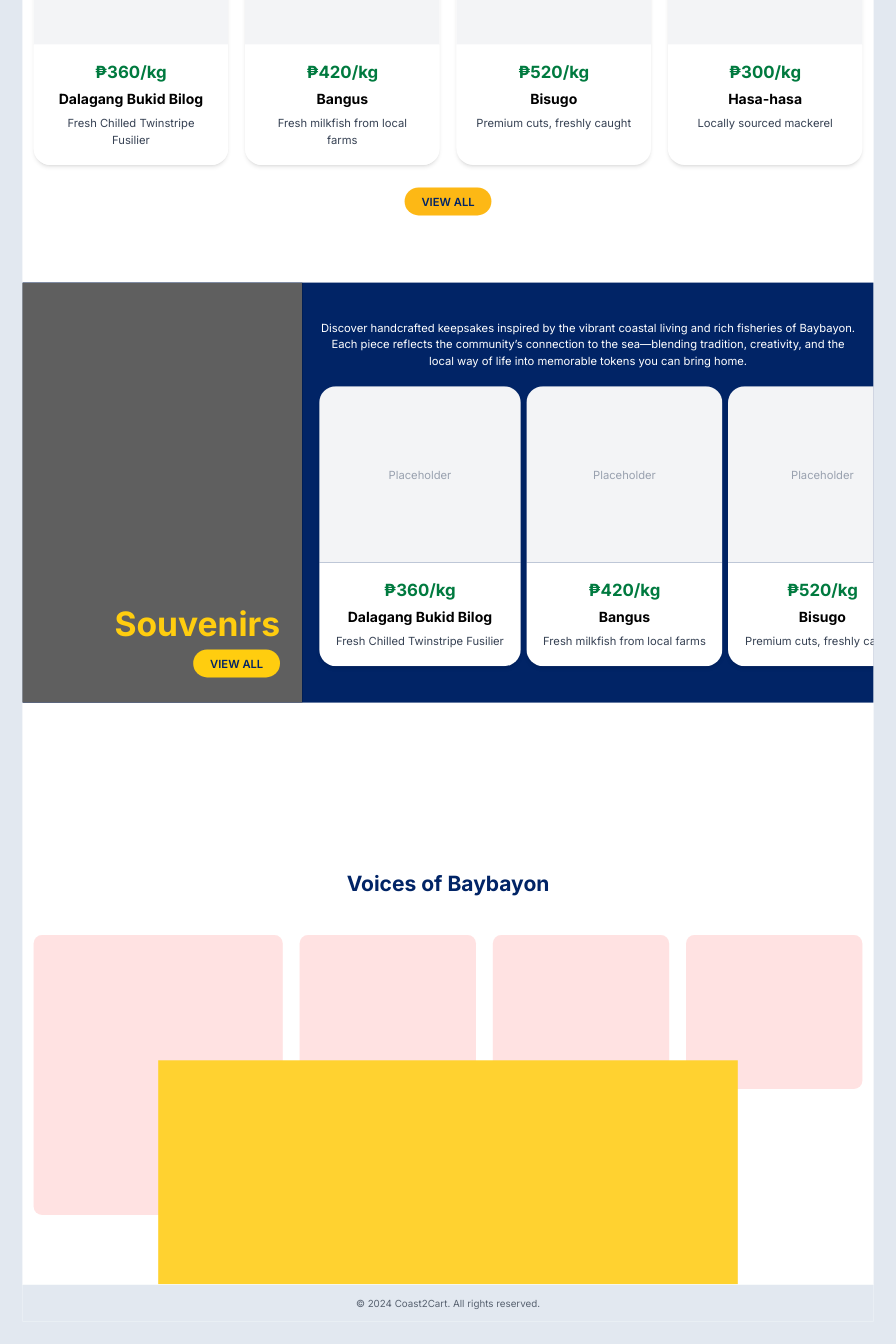
Repository: Coast2Card/coast2cart-frontend
Page: /
The author's editor kept a copy of each file at every save. The page is drawn from the files as they stood at one save, then again after the next save.
The browser window is 1280 px wide. The pictures show the part of the page from y = 2464 to 4384 px (the page is 4384 px tall before and 4368 px after), at 70% of full size.
Pictures or frames that could not be fetched are drawn as grey boxes. The project was rebuilt for these pictures with package versions that can differ from the ones it lists, and the page was loaded fresh each time. Also part of the build but not shown: vite.config.js, src/pages/Seafood.jsx, src/pages/Souvenirs.jsx, src/pages/About.jsx, src/pages/Cart.jsx, src/pages/Profile.jsx, src/pages/Colors.jsx.

Above is the page before, as saved 2025-09-13 23:08:07.

### index.html
<!DOCTYPE html>
<html lang="en" data-theme="coast2cart">
  <head>
    <meta charset="UTF-8" />
    <!-- <link rel="icon" type="image/svg+xml" href="/vite.svg" /> -->
    <meta name="viewport" content="width=device-width, initial-scale=1.0" />
    <title>Coast2Cart</title>
  </head>
  <body>
    <div id="root"></div>
    <script type="module" src="/src/main.jsx"></script>
  </body>
</html>

### src/index.css
@import url("https://fonts.googleapis.com/css2?family=Inter:wght@300;400;500;600;700&family=Playfair+Display:wght@400;500;600;700&family=Outfit:wght@400;500;600;700&display=swap");
@import "tailwindcss";
@plugin "daisyui";
@plugin "daisyui/theme" {
  name: "coast2cart";
  default: true;
  prefersdark: false;
  color-scheme: "light";

  --color-base-100: #e2e8f0;
  --color-base-200: #ffffff;
  --color-base-300: #ffffff;
  --color-base-content: #1e293b;
  --color-primary: #012466;
  --color-primary-content: #ffffff;
  --color-secondary: #fdb815;
  --color-secondary-content: #ffffff;
  --color-accent: #f04c05;
  --color-accent-content: #ffffff;
  --color-neutral: #d9d9d9;
  --color-neutral-content: #1e293b;
  --color-info: #0ea5e9;
  --color-info-content: #ffffff;
  --color-success: #007a3f;
  --color-success-content: #ffffff;
  --color-warning: #f59e0b;
  --color-warning-content: #ffffff;
  --color-error: #ef4444;
  --color-error-content: #ffffff;

  --radius-selector: 1rem;
  --radius-field: 0.5rem;
  --radius-box: 1rem;
  --size-selector: 0.25rem;
  --size-field: 0.25rem;
  --border: 1px;
  --depth: 0;
  --noise: 0;

  /* 👇 New lighter secondary */
  --color-secondary-light: #ffcd0f;
  --color-secondary-light-content: #1e293b;
}

/* Custom Font Classes */
.font-primary {
  font-family: "Inter", sans-serif;
}

.font-display {
  font-family: "Inter", serif;
}

.font-outfit {
  font-family: "Outfit", sans-serif;
}

.font-inter {
  font-family: "Inter", sans-serif;
}

/* Global Styles */
body {
  font-family: "Inter", sans-serif;
}

h1,
h2,
h3,
h4,
h5,
h6 {
  font-family: "Inter", serif;
}

/* in src/index.css */
@utility max-w-8xl {
  max-width: 100rem;
}

@layer utilities {
  .bg-secondary-light {
    background-color: var(--color-secondary-light);
  }
  .text-secondary-light {
    color: var(--color-secondary-light);
  }
  .border-secondary-light {
    border-color: var(--color-secondary-light);
  }
}

### src/App.jsx
import { Routes, Route } from "react-router-dom";
import Layout from "./components/Layout";
import Home from "./pages/Home";
import Seafood from "./pages/Seafood";
import Souvenirs from "./pages/Souvenirs";
import About from "./pages/About";
import Cart from "./pages/Cart";
import Profile from "./pages/Profile";
import Colors from "./pages/Colors";
import "./App.css";

function App() {
  return (
    <Routes>
      {/* Routes with shared layout */}
      <Route path="/" element={<Layout />}>
        <Route index element={<Home />} />
        <Route path="seafood" element={<Seafood />} />
        <Route path="souvenirs" element={<Souvenirs />} />
        <Route path="about" element={<About />} />
        <Route path="cart" element={<Cart />} />
        <Route path="profile" element={<Profile />} />
        <Route path="colors" element={<Colors />} />
      </Route>
    </Routes>
  );
}

export default App;

### src/components/Layout.jsx
import { Outlet } from "react-router-dom";
import Navbar from "./Navbar";

const Layout = () => {
  return (
    <div className="min-h-screen bg-base-200">
      {/* Navigation Header */}
      <Navbar />

      {/* Main Content */}
      <main className=" mx-auto  ">
        <Outlet />
      </main>

      {/* Footer */}
      <footer className="bg-base-100 border-t border-base-300 mt-auto">
        <div className="max-w-7xl mx-auto py-4 px-4 sm:px-6 lg:px-8">
          <p className="text-center text-base-content/70 text-sm">
            © 2024 Coast2Cart. All rights reserved.
          </p>
        </div>
      </footer>
    </div>
  );
};

export default Layout;

### src/pages/Home.jsx
import homeBanner from "../assets/images/home_banner.jpg";
import baybayonLogo from "../assets/logos/c2c_white_transparent.png";
import fish1 from "../assets/images/home_fish1.png";
import fish2 from "../assets/images/home_fish2.png";
import fish3 from "../assets/images/home_fish3.png";
import fish4 from "../assets/images/home_fish4.png";
import fish5 from "../assets/images/home_fish5.png";
import HomeFeatures from "../components/home/HomeFeatures";
import HomeFreshCatch from "../components/home/HomeFreshCatch";
import HomeGallery from "../components/home/HomeGallery";
import HomeSouvenirs from "../components/home/HomeSouvenirs";
import CustomButton from "../components/CustomButton";
const Home = () => {
  return (
    <main className="relative overflow-x-hidden">
      {/* Home Banner */}
      <section className="w-full h-135 sm:h-[70vh] md:h-185 relative">
        <img
          src={homeBanner}
          alt="Home Banner"
          className="w-full h-full object-cover relative z-4"
          onError={(e) => {
            console.log("Image failed to load:", homeBanner);
            e.target.style.display = "none";
          }}
          onLoad={() => console.log("Image loaded successfully:", homeBanner)}
        />

        <div className="absolute inset-0 bg-black opacity-60 z-10"></div>

        <div className="absolute inset-0 z-20 flex items-start py-20 justify-center">
          <div className="text-center text-white">
            <h1 className="text-xl sm:text-2xl  font-extrabold font-display mb-[-15px] sm:mb-[-30px] md:mb-[-35px] lg:mb-[-30px]">
              Sea the best of Baybayon, from
            </h1>
            <img
              className="w-6/8 max-w-120 sm:w-6/8 md:4/8 lg:3/8 md:max-w-170 h-auto mx-auto "
              src={baybayonLogo}
            />
            <CustomButton text="Shop Now" className="mt-0 sm:mt-[-10px]" />
          </div>
        </div>
      </section>
      <section className=" relative overflow-hidden w-[140vw] flex items-center justify-center gap-4 sm:gap-6 mb-15 sm:mb-25   z-30 -mt-51 md:-mt-75 lg:-mt-75 left-1/2 -translate-x-1/2">
        <img
          src={fish1}
          alt="Fish 1"
          className="min-w-20 h-40 md:w-65 md:h-75  object-cover rounded-2xl"
        />
        <img
          src={fish2}
          alt="Fish 2"
          className="min-w-35 h-55  md:w-80 md:h-85 object-cover rounded-2xl"
        />
        <img
          src={fish3}
          alt="Fish 3"
          className="min-w-46 h-70 md:w-95 md:h-100 object-cover rounded-2xl"
        />
        <img
          src={fish4}
          alt="Fish 4"
          className="min-w-35 h-55 md:w-80 md:h-85 object-cover rounded-2xl"
        />
        <img
          src={fish5}
          alt="Fish 5"
          className="min-w-20 h-40 md:w-65 md:h-75 object-cover rounded-2xl"
        />
      </section>
      <section className="max-w-8xl mx-auto p-4 flex flex-col">
        <HomeFeatures className="mb-25" />
        <HomeGallery />
        <HomeFreshCatch />
      </section>
      <section className="flex flex-col lg:flex-row bg-primary max-w-8xl mx-auto w-full mb-60">
        <HomeSouvenirs />
      </section>
      <section className="flex flex-col gap-4 mx-4">
        <p className="text-primary text-center text-3xl font-bold mb-10">
          Voices of Baybayon
        </p>
        <div className="flex flex-col gap-4">
          <div className="grid grid-cols-35 gap-6 h-100">
            <div className="col-span-11 bg-red-100 rounded-xl h-[100%]"></div>
            <div className="col-span-8 bg-red-100 rounded-xl h-[55%]"></div>
            <div className="col-span-8 bg-red-100 rounded-xl h-[55%]"></div>
            <div className="col-span-8 bg-red-100 rounded-xl h-[55%]"></div>
          </div>
          <div className="bg-amber-300 mx-auto w-[70%] h-80 mt-[-20%]"></div>
        </div>
      </section>
    </main>
  );
};

export default Home;

### src/components/Navbar.jsx
import { Link, useLocation } from "react-router-dom";
import { useState } from "react";
import { navLinks } from "../data/navigation";
import c2cLogo from "../assets/logos/c2c_transparent.png";
import searchIcon from "../assets/icons/search.png";
import cartIcon from "../assets/icons/cart.png";
import profileIcon from "../assets/icons/profile.png";
import commentIcon from "../assets/icons/comment.png";
const Navbar = () => {
  const location = useLocation();
  const [isMobileMenuOpen, setIsMobileMenuOpen] = useState(false);

  const isActive = (path) => {
    return location.pathname === path;
  };

  const toggleMobileMenu = () => {
    setIsMobileMenuOpen(!isMobileMenuOpen);
  };

  const closeMobileMenu = () => {
    setIsMobileMenuOpen(false);
  };

  return (
    <nav className="bg-base-300 shadow-lg py-2 sticky top-0 z-50">
      <div className="mx-auto px-6 sm:px-6 lg:px-8">
        <div className="flex justify-between h-16">
          <div className="flex items-center">
            <Link to="/" className="flex-shrink-0">
              <img src={c2cLogo} alt="Coast2Cart" className="h-17" />
            </Link>
          </div>

          {/* Desktop Navigation */}
          <div className="hidden md:flex items-center space-x-8">
            {navLinks.map((link) => (
              <Link
                key={link.path}
                to={link.path}
                className={`px-3 py-2 rounded-md text-md font-bold transition-colors ${
                  isActive(link.path)
                    ? " text-accent after:content-[''] after:block after:w-full after:h-0.5 after:bg-accent after:rounded-full"
                    : "text-black hover:text-primary hover:bg-base-200"
                }`}
              >
                {link.label}
              </Link>
            ))}
          </div>

          {/* Desktop Icons - Hidden on mobile */}
          <div className="hidden md:flex items-center gap-4 lg:gap-6">
            <img
              src={searchIcon}
              alt="Search"
              className="h-5 w-5 lg:h-5.5 lg:w-5.5 hover:cursor-pointer hover:opacity-60 transition-opacity duration-300"
            />
            <img
              src={commentIcon}
              alt="Comment"
              className="h-5 w-5 lg:h-5.5 lg:w-5.5 hover:cursor-pointer hover:opacity-60 transition-opacity duration-300"
            />
            <img
              src={cartIcon}
              alt="Cart"
              className="h-5 w-5 lg:h-5.5 lg:w-5.5 hover:cursor-pointer hover:opacity-60 transition-opacity duration-300"
            />
            <img
              src={profileIcon}
              alt="Profile"
              className="h-5 w-5 lg:h-5.5 lg:w-5.5 hover:cursor-pointer hover:opacity-60 transition-opacity duration-300"
            />
          </div>

          {/* Mobile menu button */}
          <div className="md:hidden flex items-center">
            <button
              onClick={toggleMobileMenu}
              className="inline-flex items-center justify-center p-2 rounded-md text-base-content hover:text-primary hover:bg-base-200 focus:outline-none focus:ring-2 focus:ring-inset focus:ring-primary"
              aria-expanded="false"
            >
              <span className="sr-only">Open main menu</span>
              {!isMobileMenuOpen ? (
                <svg
                  className="block h-6 w-6"
                  xmlns="http://www.w3.org/2000/svg"
                  fill="none"
                  viewBox="0 0 24 24"
                  stroke="currentColor"
                  aria-hidden="true"
                >
                  <path
                    strokeLinecap="round"
                    strokeLinejoin="round"
                    strokeWidth="2"
                    d="M4 6h16M4 12h16M4 18h16"
                  />
                </svg>
              ) : (
                <svg
                  className="block h-6 w-6"
                  xmlns="http://www.w3.org/2000/svg"
                  fill="none"
                  viewBox="0 0 24 24"
                  stroke="currentColor"
                  aria-hidden="true"
                >
                  <path
                    strokeLinecap="round"
                    strokeLinejoin="round"
                    strokeWidth="2"
                    d="M6 18L18 6M6 6l12 12"
                  />
                </svg>
              )}
            </button>
          </div>
        </div>
      </div>

      {/* Mobile Navigation Menu */}
      <div className={`md:hidden ${isMobileMenuOpen ? "block" : "hidden"}`}>
        <div className="px-2 pt-2 pb-3 space-y-1 sm:px-3 bg-base-100 border-t border-base-300">
          {navLinks.map((link) => (
            <Link
              key={link.path}
              to={link.path}
              onClick={closeMobileMenu}
              className={`block px-3 py-2 rounded-md text-base font-medium transition-colors ${
                isActive(link.path)
                  ? "bg-primary text-primary-content"
                  : "text-base-content hover:text-primary hover:bg-base-200"
              }`}
            >
              {link.label}
            </Link>
          ))}

          {/* Mobile Icons */}
          <div className="flex items-center justify-center gap-6 pt-4 border-t border-base-300 mt-4">
            <img
              src={searchIcon}
              alt="Search"
              className="h-6 w-6 hover:cursor-pointer hover:opacity-60 transition-opacity duration-300"
            />
            <img
              src={commentIcon}
              alt="Comment"
              className="h-6 w-6 hover:cursor-pointer hover:opacity-60 transition-opacity duration-300"
            />
            <img
              src={cartIcon}
              alt="Cart"
              className="h-6 w-6 hover:cursor-pointer hover:opacity-60 transition-opacity duration-300"
            />
            <img
              src={profileIcon}
              alt="Profile"
              className="h-6 w-6 hover:cursor-pointer hover:opacity-60 transition-opacity duration-300"
            />
          </div>
        </div>
      </div>
    </nav>
  );
};

export default Navbar;

### src/components/home/HomeFeatures.jsx
import cartIcon from "../../assets/icons/cart.png";
import commentIcon from "../../assets/icons/comment.png";
import profileIcon from "../../assets/icons/profile.png";
import searchIcon from "../../assets/icons/search.png";

const features = [
  {
    icon: cartIcon,
    title: "Fresh Catch",
    description: "Daily seafood direct from local fishers.",
  },
  {
    icon: searchIcon,
    title: "Dried Goods",
    description: "High-quality dried seafood.",
  },
  {
    icon: commentIcon,
    title: "Souvenirs",
    description: "Souvenirs made by our community.",
  },
  {
    icon: profileIcon,
    title: "Marketplace",
    description: "Easy orders and pickup with fishing time.",
  },
];

const HomeFeatures = ({ className = "" }) => {
  return (
    <article className={` mx-auto w-full ${className}`}>
      <section className="grid grid-cols-1 sm:grid-cols-2 space-y-6 lg:grid-cols-4 gap-6 sm:w-[95%] lg:w-[90%] xl:w-[80%] mx-auto">
        {features.map((item, index) => (
          <div
            key={index}
            className="flex flex-col items-center justify-start gap-2"
          >
            <div className="bg-accent mb-2 p-11 sm:p-11 flex justify-center items-center rounded-full">
              <div className="bg-gray-300 rounded-xl p-1 h-14 w-14"></div>
            </div>
            <h3 className="text-2xl font-bold text-primary">{item.title}</h3>
            <h3 className="text-md text-center">{item.description}</h3>
          </div>
        ))}
      </section>
    </article>
  );
};

export default HomeFeatures;

### src/components/home/HomeFreshCatch.jsx
import { freshCatchItems } from "../../data/navigation";
import ItemCard from "./ItemCard";
const HomeFreshCatch = ({ className = "" }) => {
  return (
    <div className={`flex flex-col text-center ${className}`}>
      <h1 className="text-4xl font-bold text-accent mb-10">Fresh Catch</h1>
      <section className="grid grid-cols-1 sm:grid-cols-2 xl:grid-cols-4  gap-6 mb-8">
        {freshCatchItems.map((item) => (
          <ItemCard
            name={item.name}
            price={item.price}
            description={item.description}
            id={item.id}
          />
        ))}
      </section>
      <div className="mb-20">
        <button className="bg-secondary text-primary uppercase px-6 py-2 rounded-full text-md font-semibold hover:bg-secondary/90 transition-colors">
          View All
        </button>
      </div>
    </div>
  );
};

export default HomeFreshCatch;

### src/components/home/HomeGallery.jsx
import React from "react";
import homeGallery1 from "../../assets/images/home_gallery1.png";
import FishIcon from "../icons/FishIcon";
const HomeGallery = () => {
  return (
    <div className="w-full flex flex-col sm:flex-row gap-9 lg:gap-12 p-1 mb-20 items-center justify-center mx-auto max-w-8xl  ">
      <div className="flex flex-1 min-w-75 sm:h-150 md:min-w-105  w-full md:h-150 bg-blue-100 ">
        <img src={homeGallery1} className="w-full h-full object-cover  " />
      </div>
      <div className=" flex flex-col min-w-20  gap-4 justify-center">
        <h2 className="font-bold text-3xl lg:text-4xl text-primary mb-1">
          Fresh From the Sea, Straight to You
        </h2>
        <p className="text-md mb-4">
          Every day, the fishermen of Barangay Baybayon bring in the freshest
          catch from our coastal waters, ensuring top quality seafood for your
          table. Proudly harvested and carefully handled, we take pride in
          delivering the goodness of the sea with every haul.
        </p>
        <div className="flex items-start gap-4 text-primary mb-4">
          <div className="max-h-22 min-w-11 font-bold pt-0.5">
            <FishIcon />
          </div>
          <div className="flex flex-col">
            <h3 className="font-bold text-xl mb-2">Sustainably Caught</h3>
            <p className="text-black">
              Our Baybayon fisherfolk use responsible fishing practices that
              respect both the ocean and its future.
            </p>
          </div>
        </div>
        <div className="flex items-start gap-4 text-primary">
          <div className="max-h-22 min-w-11 font-bold pt-0.5">
            <FishIcon />
          </div>
          <div className="flex flex-col">
            <h3 className="font-bold text-xl mb-2">Guaranteed Freshness</h3>
            <p className="text-black">
              From the moment it is caught to the time it reaches you, every
              fish is handled with care to preserve its natural taste and
              nutrients.
            </p>
          </div>
        </div>
      </div>
    </div>
  );
};

export default HomeGallery;

### src/components/home/HomeSouvenirs.jsx
import React from "react";
import souvenirBanner from "../../assets/images/home_banner2.png";
import { freshCatchItems } from "../../data/navigation";
import ItemCard from "./ItemCard";
const HomeSouvenirs = () => {
  return (
    <>
      <div className="relative flex items-end justify-end h-90 lg:h-150 w-full min-w-100 lg:max-w-70">
        <div className="absolute flex items-end justify-end p-6 px-8 inset-0  bg-black opacity-40"></div>
        <div className="absolute flex items-end justify-start lg:justify-end  py-9 px-4 lg:px-8 inset-0 ">
          <div className="flex flex-col items-start lg:items-end">
            <h2 className="text-5xl font-bold text-secondary-light mb-3">
              Souvenirs
            </h2>
            <button className=" bg-secondary-light text-primary uppercase  px-6 py-2 rounded-full text-md  font-semibold hover:bg-secondary/90 transition-colors cursor-pointer">
              view all
            </button>
          </div>
        </div>
        <img
          className="w-full h-full object-cover object-top "
          src={souvenirBanner}
        />
      </div>
      <article className="flex-1 flex flex-col justify-center p-4 py-6 lg:p-6 text-white text-md gap-2">
        <p className="mb-4">
          Discover handcrafted keepsakes inspired by the vibrant coastal living
          and rich fisheries of Baybayon. Each piece reflects the community’s
          connection to the sea—blending tradition, creativity, and the local
          way of life into memorable tokens you can bring home.
        </p>
        <section className="flex grid-cols-1  w-[260%] lg:w-[190%] max-h-100 gap-2">
          {freshCatchItems.map((item, index) => {
            return (
              <ItemCard
                name={item.name}
                price={item.price}
                description={item.description}
                id={item.id}
              />
            );
          })}
        </section>
      </article>
    </>
  );
};

export default HomeSouvenirs;

### src/components/CustomButton.jsx
import React from "react";

const CustomButton = ({ text, className }) => {
  return (
    <button
      className={` bg-secondary text-primary uppercase px-6 py-2 rounded-full text-md  font-semibold hover:bg-secondary/90 transition-colors cursor-pointer ${className}`}
    >
      {text}
    </button>
  );
};

export default CustomButton;

### src/components/home/ItemCard.jsx
import React from "react";

const ItemCard = ({ id, price, name, description }) => {
  return (
    <div
      key={id}
      className="flex flex-col shadow-md overflow-hidden rounded-3xl"
    >
      <div className="bg-gray-100 h-80 flex items-center justify-center text-gray-400">
        Placeholder
      </div>
      <div className="bg-white p-6  flex flex-col gap-2 text-center items-center justify-center">
        <h3 className="text-success text-2xl font-bold">{price}</h3>
        <h3 className="text-black font-bold text-xl">{name}</h3>
        <p className="text-md text-gray-700">{description}</p>
      </div>
    </div>
  );
};

export default ItemCard;

### src/components/icons/FishIcon.jsx
import React from "react";

const FishIcon = () => {
  return (
    <div>
      <svg
        xmlns="http://www.w3.org/2000/svg"
        viewBox="0 0 256 256"
        className="text-primary fill-primary"
      >
        <rect width="256" height="256" fill="none" />
        <path d="M168,76a12,12,0,1,1-12-12A12,12,0,0,1,168,76Zm48.72,67.64c-19.37,34.9-55.44,53.76-107.24,56.1l-22,51.41A8,8,0,0,1,80.1,256l-.51,0a8,8,0,0,1-7.19-5.78L57.6,198.39,5.8,183.56a8,8,0,0,1-1-15.05l51.41-22c2.35-51.78,21.21-87.84,56.09-107.22,24.75-13.74,52.74-15.84,71.88-15.18,18.64.64,36,4.27,38.86,6a8,8,0,0,1,2.83,2.83c1.69,2.85,5.33,20.21,6,38.85C232.55,90.89,230.46,118.89,216.72,143.64Zm-4.3-100.07c-14.15-3-64.1-11-100.3,14.75a81.21,81.21,0,0,0-16,15.07,36,36,0,0,0,39.35,38.44,8,8,0,0,1,8.73,8.73,36,36,0,0,0,38.47,39.34,80.81,80.81,0,0,0,15-16C223.42,107.73,215.42,57.74,212.42,43.57Z" />
      </svg>
    </div>
  );
};

export default FishIcon;

Loaded but not shown: src/main.jsx (common file); src/App.css (common file); src/data/navigation.js (41 lines, source omitted)

After the next save:
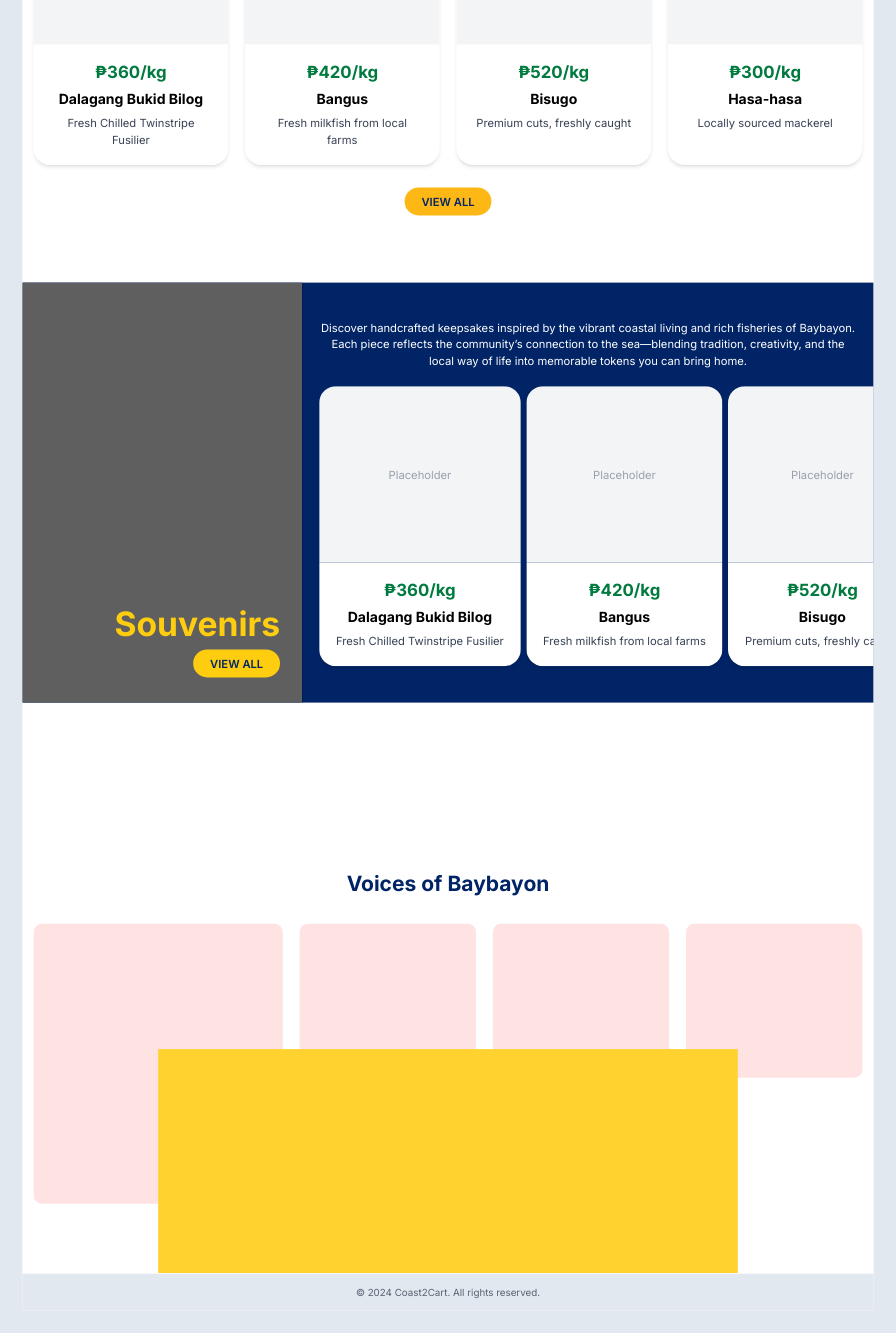
Saved 4 s later.
--- a/src/pages/Home.jsx
+++ b/src/pages/Home.jsx
@@ -77,7 +77,7 @@ const Home = () => {
         <HomeSouvenirs />
       </section>
       <section className="flex flex-col gap-4 mx-4">
-        <p className="text-primary text-center text-3xl font-bold mb-10">
+        <p className="text-primary text-center text-3xl font-bold mb-6">
           Voices of Baybayon
         </p>
         <div className="flex flex-col gap-4">
